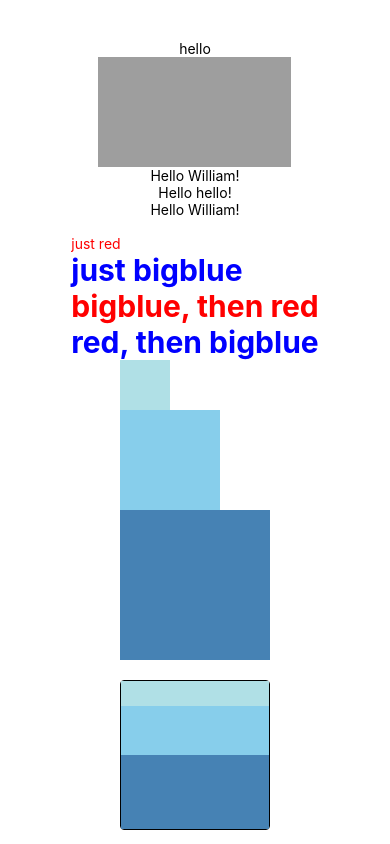
Repository: wcc17/project-adara
Screen: / (app in ProjectAdara/)
These files come from the project's save history. The screen is drawn as it stood at one moment and after the next save; the edit follows.
Pictures or frames that could not be fetched are drawn as grey boxes. An inner scrolling area shows only its first screen. The app was drawn by React Native's web renderer in a window 390 px wide. The project was rebuilt for these pictures with package versions that can differ from the ones it lists, and the page was loaded fresh each time.

Above is the screen before, as saved 2018-05-27 14:28:42.

### ProjectAdara/App.js
import React, { Component } from 'react';
import { StyleSheet, Text, ScrollView, View, Image, SafeAreaView } from 'react-native';
import FlexDimensionsBasicsComponent from './src/components/FlexDimensionsBasicsComponent'
import AlignItemsComponent from './src/components/AlignItemsComponent'

export default class App extends React.Component {
    render() {
        return (
            <SafeAreaView style={{flex: 1, backgroundColor: '#ffff'}}>
                <ScrollView contentContainerStyle={styles.container}>
                    <BasicStuffComponent/>
                    <FlexDimensionsBasicsComponent style={flexDimensionStyleSheet.flexDimensionComponentStyle}/>
                    {/* <AlignItemsComponent/> */}
                </ScrollView>
            </SafeAreaView>
        );
    }
}

class BasicStuffComponent extends Component {
    render() {
        let image = {
            uri: 'https://upload.wikimedia.org/wikipedia/commons/d/de/Bananavarieties.jpg'
        };

        return (
            <View style={styles.container}>
                <Text>hello</Text>
                <Image source={image} style={{ width: 193, height: 110 }} />
                <DumbGreetingComponent name='William' />
                <DumbGreetingComponent name='hello' />
                <DumbGreetingComponent name='William' />
                <Blink text="this is blinking text" />
                <StyledComponent/>
                <FixedDimensionsComponent/>
            </View>
        )
    }
}

class DumbGreetingComponent extends Component {
    render() {
        return (
            <Text>Hello {this.props.name}!</Text>
        );
    }
}

class Blink extends Component {
    constructor(props) {
        super(props);
        this.state = { isShowingText: true };

        // Toggle the state every second
        setInterval(() => {
            this.setState(previousState => {
                return { isShowingText: !previousState.isShowingText };
            });
        }, 1000);
    }

    render() {
        let display = this.state.isShowingText ? this.props.text : ' ';
        return (
            <Text>{display}</Text>
        );
    }
}

class StyledComponent extends Component {
    render() {
        return (
        <View>
            <Text style={styles.red}>just red</Text>
            <Text style={styles.bigblue}>just bigblue</Text>
            <Text style={[styles.bigblue, styles.red]}>bigblue, then red</Text>
            <Text style={[styles.red, styles.bigblue]}>red, then bigblue</Text>
        </View>
        );
    }
}

class FixedDimensionsComponent extends Component {
    render() {
        return (
            <View>
                <View style={{width: 50, height: 50, backgroundColor: 'powderblue'}}/>
                <View style={{width: 100, height: 100, backgroundColor: 'skyblue'}}/>
                <View style={fixedDimensionStyleSheet.steelBlueView}/>
            </View>
        )
    }
}



const styles = StyleSheet.create({
    container: {
        // flex: 1, will force it to fit inside the parent SafeAreaView
        backgroundColor: '#fff',
        alignItems: 'center',
        paddingVertical: 20,
        // justifyContent: 'center',
    },
    bigblue: {
        color: 'blue',
        fontWeight: 'bold',
        fontSize: 30,
    },
    red: {
        color: 'red',
    },
});

const fixedDimensionStyleSheet = StyleSheet.create({
    steelBlueView: {
        width: 150,
        height: 150,
        backgroundColor: 'steelblue'
    },
});

const flexDimensionStyleSheet = StyleSheet.create({
    flexDimensionComponentStyle: {
        width: 150,
        height: 150,

        borderRadius: 4,
        borderWidth: 1.5,
        borderColor: 'black',

        //column is default it looks like
        // flexDirection: 'row',
        // justifyContent: 'space-between',
    },
});

### ProjectAdara/src/components/FlexDimensionsBasicsComponent.js
import React, { Component } from 'react';
import { View } from 'react-native';

export default class FlexDimensionsBasicsComponent extends Component {
    render() {
        return (
            //a height and width should be passed in with style prop
            // <View style={{flex: 1}}>
            <View style={this.props.style}>
                <View style={{flex: 1, backgroundColor: 'powderblue'}} />
                <View style={{flex: 2, backgroundColor: 'skyblue'}} />
                <View style={{flex: 3, backgroundColor: 'steelblue'}} />
            </View>
        );
    }
}

### ProjectAdara/src/components/AlignItemsComponent.js
import React, { Component } from 'react';
import { View } from 'react-native';

export default class AlignItemsBasics extends Component {
    render() {
        return (
            //try alignItems: 'flex-start'
            ///justifyContent: 'flex-end'
            //flexDirection: row
            <View style={{
                flex: 1,
                flexDirection: 'column',
                justifyContent: 'center',
                alignItems: 'center',
            }}>
                <View style={{width: 50, height: 50, backgroundColor: 'powderblue'}} />
                <View style={{width: 50, height: 50, backgroundColor: 'skyblue'}} />
                <View style={{width: 50, height: 50, backgroundColor: 'steelblue'}} />
            </View>
        );
    }
}

After the next save:
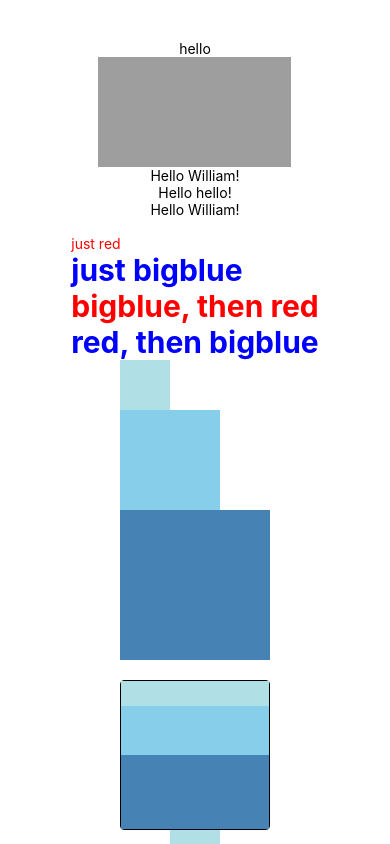
Saved 17 s later.
--- a/ProjectAdara/App.js
+++ b/ProjectAdara/App.js
@@ -10,7 +10,7 @@ export default class App extends React.Component {
                 <ScrollView contentContainerStyle={styles.container}>
                     <BasicStuffComponent/>
                     <FlexDimensionsBasicsComponent style={flexDimensionStyleSheet.flexDimensionComponentStyle}/>
-                    {/* <AlignItemsComponent/> */}
+                    <AlignItemsComponent/>
                 </ScrollView>
             </SafeAreaView>
         );
